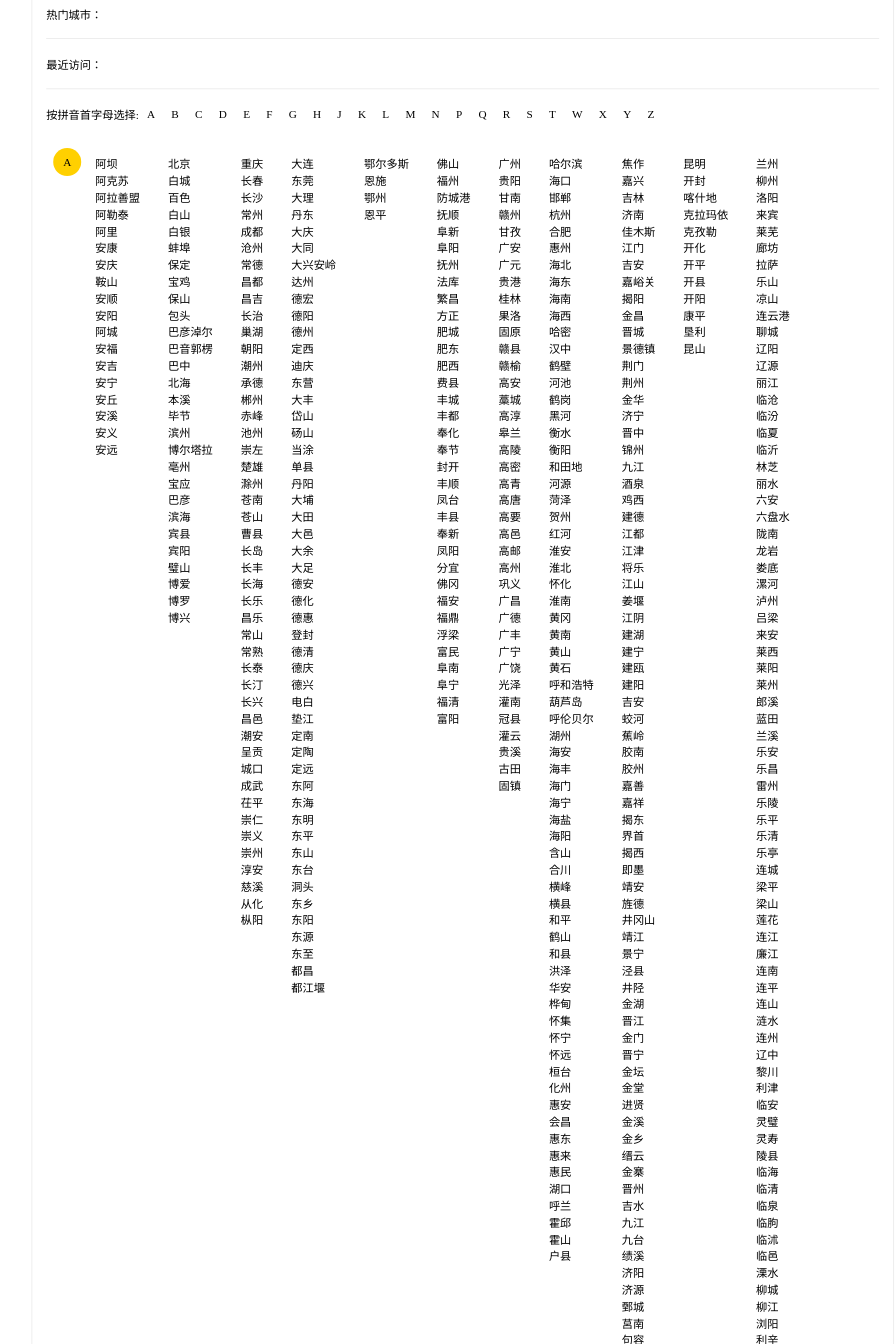
Repository: jinggegeZ/-
Page: /city
The author's editor kept a copy of each file at every save. The page is drawn from the files as they stood at one save, then again after the next save.
The browser window is 1280 px wide. The pictures show the part of the page from y = 359 to 2279 px (the page is 96542 px tall before and 135482 px after), at 70% of full size.
The page's requests for data from a server got no answer. The project was rebuilt for these pictures with package versions that can differ from the ones it lists, and the page was loaded fresh each time. No one was signed in, and anything a server would have sent is missing. Also part of the build but not shown: vue.config.js, src/components/Navigation/Navigation.vue, src/components/navbox/navbox.vue, src/components/Sty/Sty.vue, src/views/Home.vue.

Above is the page before, as saved 2020-08-21 18:19:47.

After the next save:
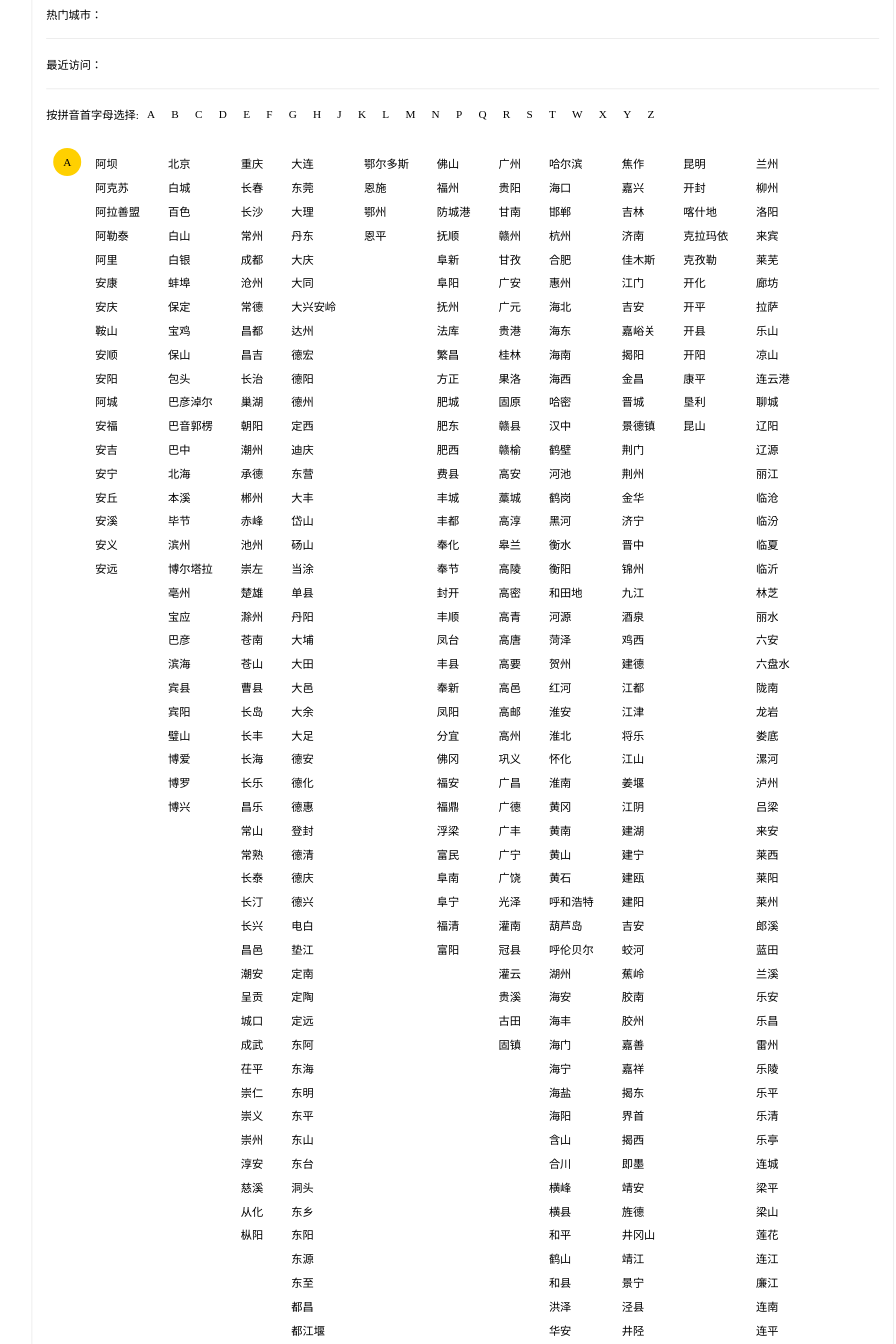
Saved 35 s later.
--- a/src/views/city/city.vue
+++ b/src/views/city/city.vue
@@ -114,8 +114,8 @@
           <div class="detailscity" v-for="(item,index) in letter" :key="index">
             <div class="letter">{{item}}</div>
             <div class="letters">
-              <div class="letters-item" v-for="(item1,index1) in letterss" :key="index1">
-                <div v-for="item2 in item1" :key="item2.id">{{item2.name}}</div>
+              <div v-for="(item1,index1) in letterss" :key="index1">
+                <div class="letters-item" v-for="item2 in item1" :key="item2.id">{{item2.name}}</div>
               </div>
             </div>
           </div>
